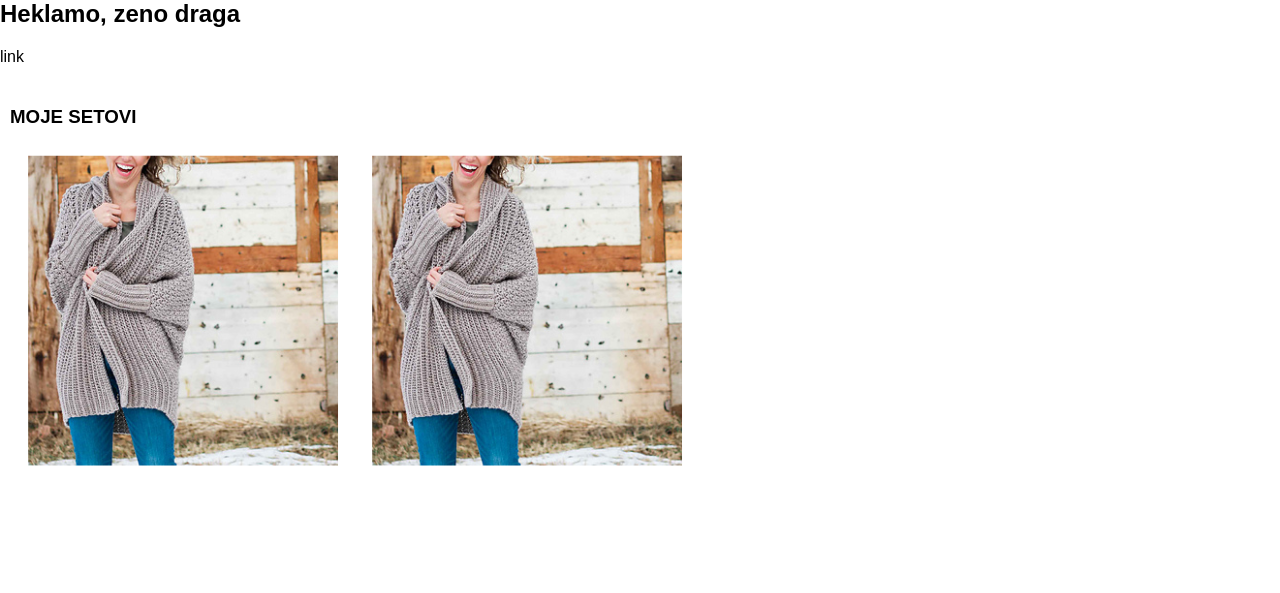
Repository: sdnc/Heklamo
Page: index.html
These files come from the project's save history. The page is drawn as it stood at one moment and after the next save; the edit follows.
The browser window is 1280 px wide. The pictures show the whole page.

Above is the page before, as saved 2020-12-24 13:05:13.

After the next save:
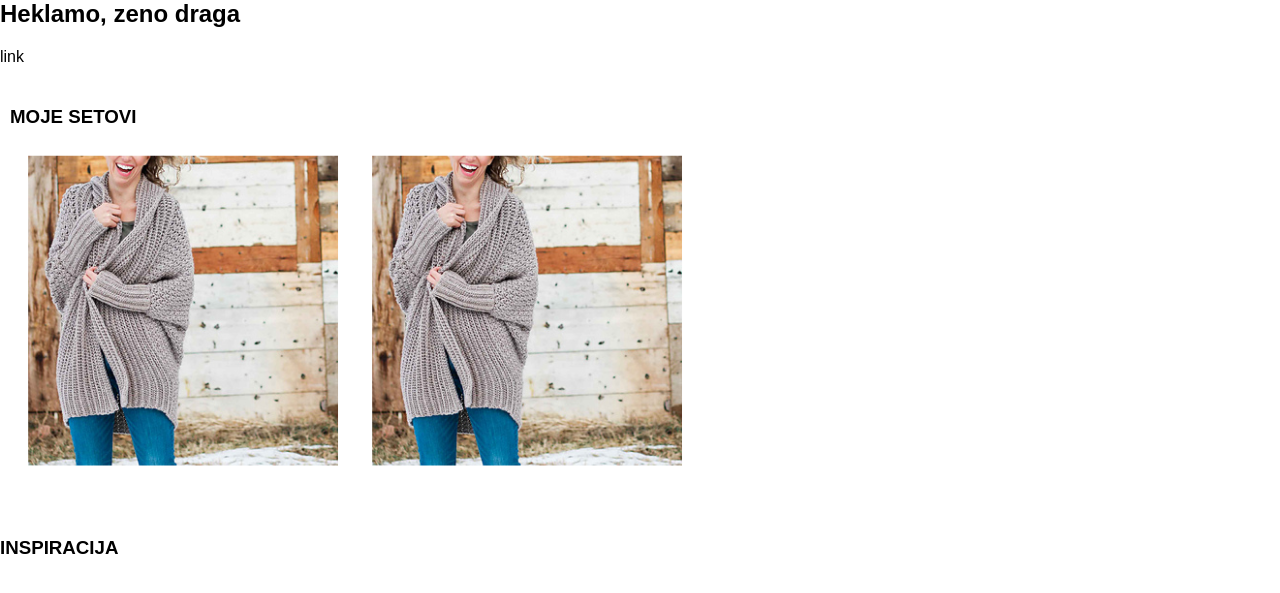
Saved 14 s later.
--- a/index.html
+++ b/index.html
@@ -48,6 +48,7 @@
   </section>
 
   <section id="inspiration">
+    <h3>INSPIRACIJA</h3>
 
   </section>
 
